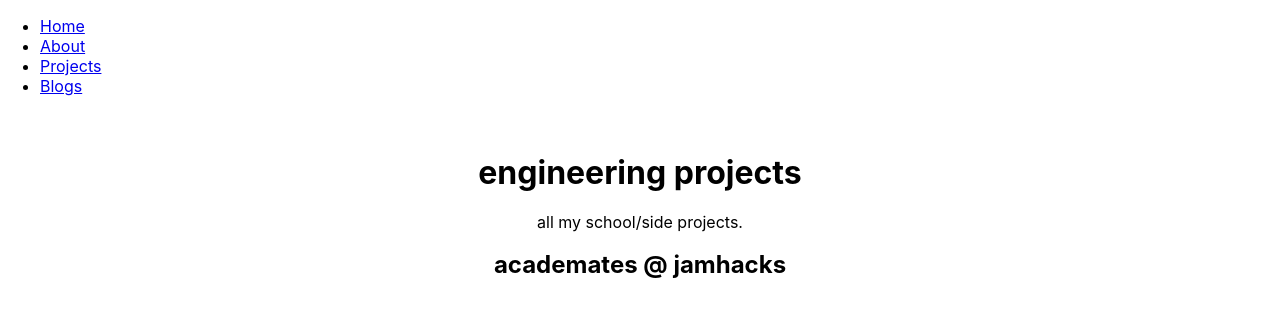
Repository: nicholaschen09/personalWebsite
Page: /projects/engineering
An editor plug-in stored every save of this project. The page is shown before and after the next save, followed by the edit.
The browser window is 1280 px wide. The pictures show the whole page.
The project was rebuilt for these pictures with package versions that can differ from the ones it lists, and the page was loaded fresh each time. Also part of the build but not shown: src/components/About.css, src/components/About.js, src/components/Home.js, src/components/Projects.css, src/components/Projects.js, src/components/Blog.css, src/components/Blog.js, src/components/Miscellaneous.css and 3 more.

Above is the page before, as saved 2024-07-17 22:33:35.

After the next save:
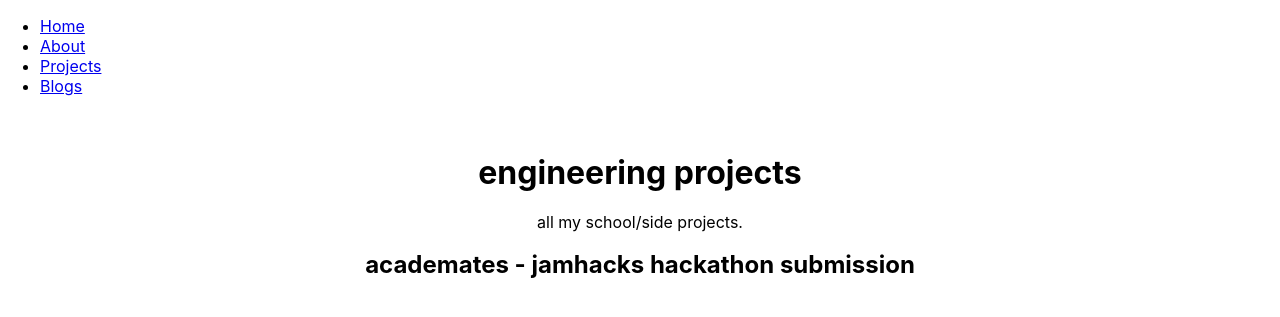
Saved 28 s later.
--- a/src/components/Engineering.js
+++ b/src/components/Engineering.js
@@ -7,7 +7,7 @@ const Engineering = () => {
             <h1>engineering projects </h1>
             <p>all my school/side projects.</p>
         <div className="academates"></div>
-            <h2>academates @ jamhacks</h2>
+            <h2>academates - jamhacks hackathon submission</h2>
         </div>
 
 
